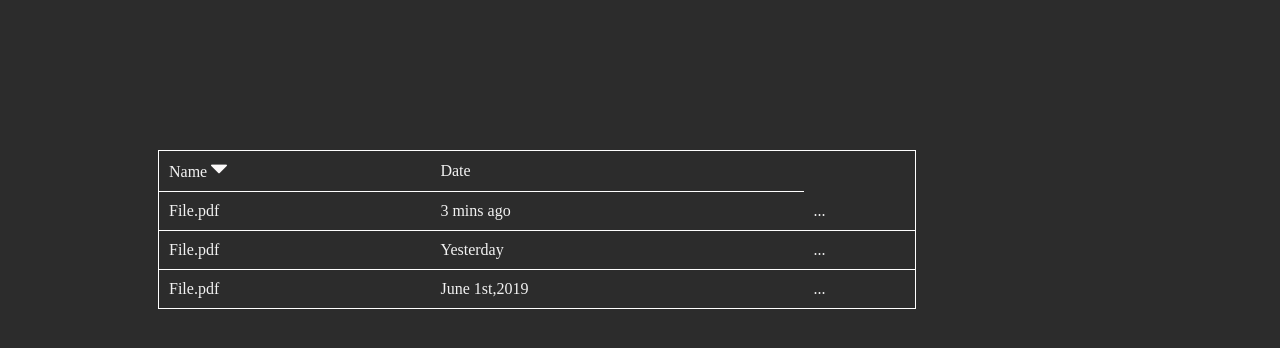
Repository: batonAnton/Hw5-table
Page: index.html
An editor plug-in stored every save of this project. The page is shown before and after the next save, followed by the edit.
The browser window is 1280 px wide. The pictures show the whole page.

Above is the page before, as saved 2022-06-13 18:31:13.

After the next save:
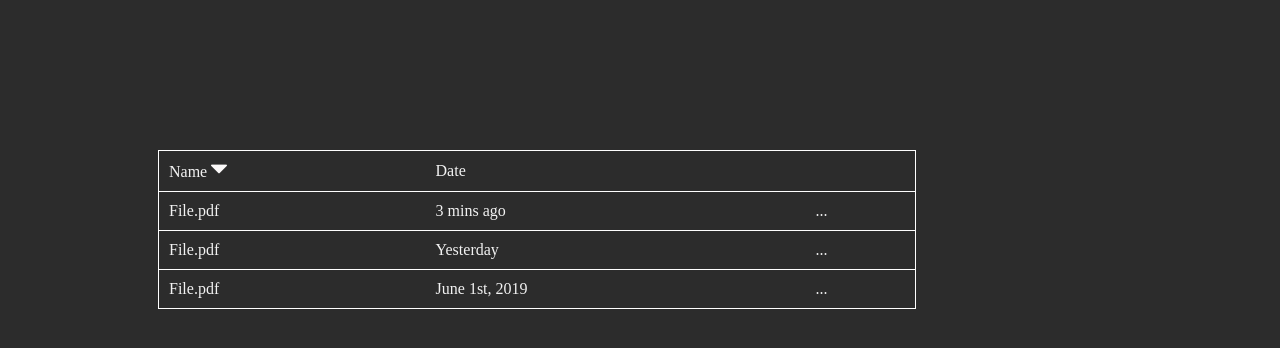
Saved 5 min 14 s later.
--- a/index.html
+++ b/index.html
@@ -11,24 +11,24 @@
     <table>
         <tr>
             <td>Name <img src="image/down-filled-triangular-arrow.png" alt="down-filled-triangular-arrow"></td>
-            <td>Date</td>
+            <td colspan="2">Date</td>
         </tr>
         <tr>
             <td>File.pdf</td>
             <td>3 mins ago</td>
-            <td>...</td>
+            <td class="right-dot">...</td>
         </tr>
 
         <tr>
             <td>File.pdf</td>
             <td>Yesterday</td>
-            <td>...</td>
+            <td class="right-dot">...</td>
         </tr>
 
         <tr>
             <td>File.pdf</td>
-            <td>June 1st,2019</td>
-            <td>...</td>
+            <td>June 1st, 2019</td>
+            <td class="right-dot">...</td>
         </tr>
     </table>
 </body>
